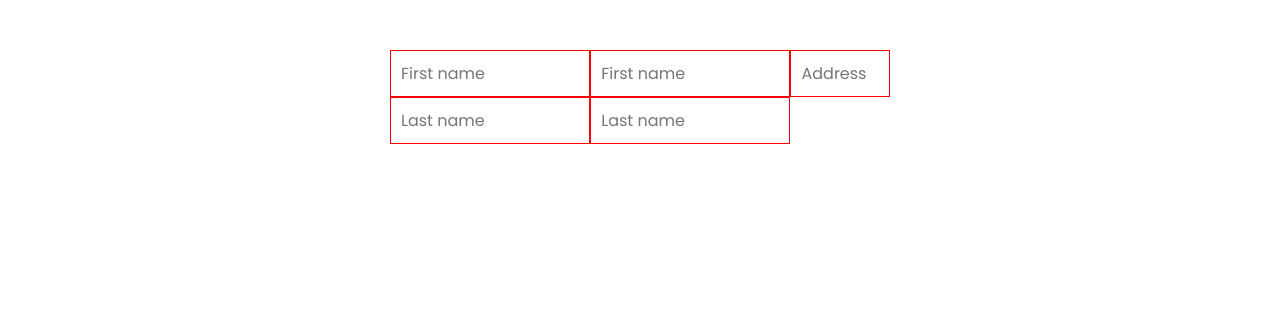
Repository: evondev/html-css-basic-course
Page: index.html
An editor plug-in stored every save of this project. The page is shown before and after the next save, followed by the edit.
The browser window is 1280 px wide. The pictures show the whole page.
Some web libraries are served in a nearby version. The style sheet was rebuilt from its Sass, Less or Tailwind sources for each picture, by a compiler version that may differ from the author's.

Above is the page before, as saved 2020-12-27 11:41:45.

### index.html
<!DOCTYPE html>
<html lang="en">
  <head>
    <meta charset="UTF-8" />
    <meta name="viewport" content="width=device-width, initial-scale=1.0" />
    <title>Form layout CSS Grid</title>
    <link
      href="https://fonts.googleapis.com/css2?family=Roboto:wght@400;700&display=swap"
      rel="stylesheet"
    />
    <link
      rel="stylesheet"
      href="https://cdnjs.cloudflare.com/ajax/libs/font-awesome/5.14.0/css/all.min.css"
      integrity="sha512-1PKOgIY59xJ8Co8+NE6FZ+LOAZKjy+KY8iq0G4B3CyeY6wYHN3yt9PW0XpSriVlkMXe40PTKnXrLnZ9+fkDaog=="
      crossorigin="anonymous"
    />
    <link
      href="https://fonts.googleapis.com/css2?family=Poppins:wght@300;400;700&display=swap"
      rel="stylesheet"
    />
    <link rel="stylesheet" href="./reset.css" />
    <link rel="stylesheet" href="./app.css" />
  </head>
  <body>
    <div class="form-layout">

      <div class="form-group">
        <input type="text" class="form-input" placeholder="First name">
        <input type="text" class="form-input" placeholder="Last name">
      </div>
      <div class="form-group">
        <input type="text" class="form-input" placeholder="First name">
        <input type="text" class="form-input" placeholder="Last name">
      </div>
      <div class="form-group">
        <input type="text" class="form-input" placeholder="Address">
      </div>
    </div>
  </body>
</html>

### app.scss
html {
  font-size: 62.5%;
}

* {
  box-sizing: border-box;
}

body {
  font-size: 1.6rem;
  font-weight: normal;
}

input,
textarea,
button,
select {
  font-size: 1.6rem;
  font-family: "Poppins", sans-serif;
  font-weight: normal;
  outline: none;
}

a {
  text-decoration: none;
}

img {
  display: block;
  max-width: 100%;
}
.form-layout {
  max-width: 500px;
  margin: 50px auto;
  display: flex;
  justify-content: space-between;
}
.form-input {
  padding: 10px;
  border: 1px solid #f00;
  outline: none;
  width: 100%;
}

Loaded but not shown: reset.css (common file)

After the next save:
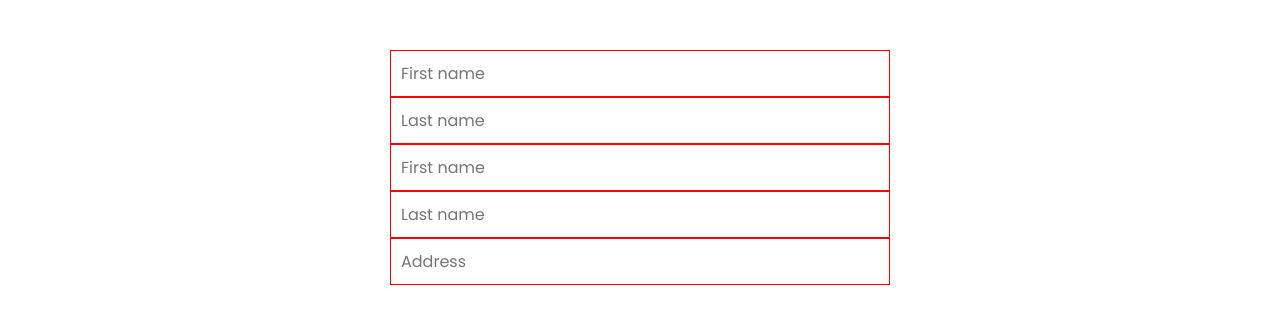
Saved 6 s later.
--- a/app.scss
+++ b/app.scss
@@ -32,8 +32,6 @@ img {
 .form-layout {
   max-width: 500px;
   margin: 50px auto;
-  display: flex;
-  justify-content: space-between;
 }
 .form-input {
   padding: 10px;
